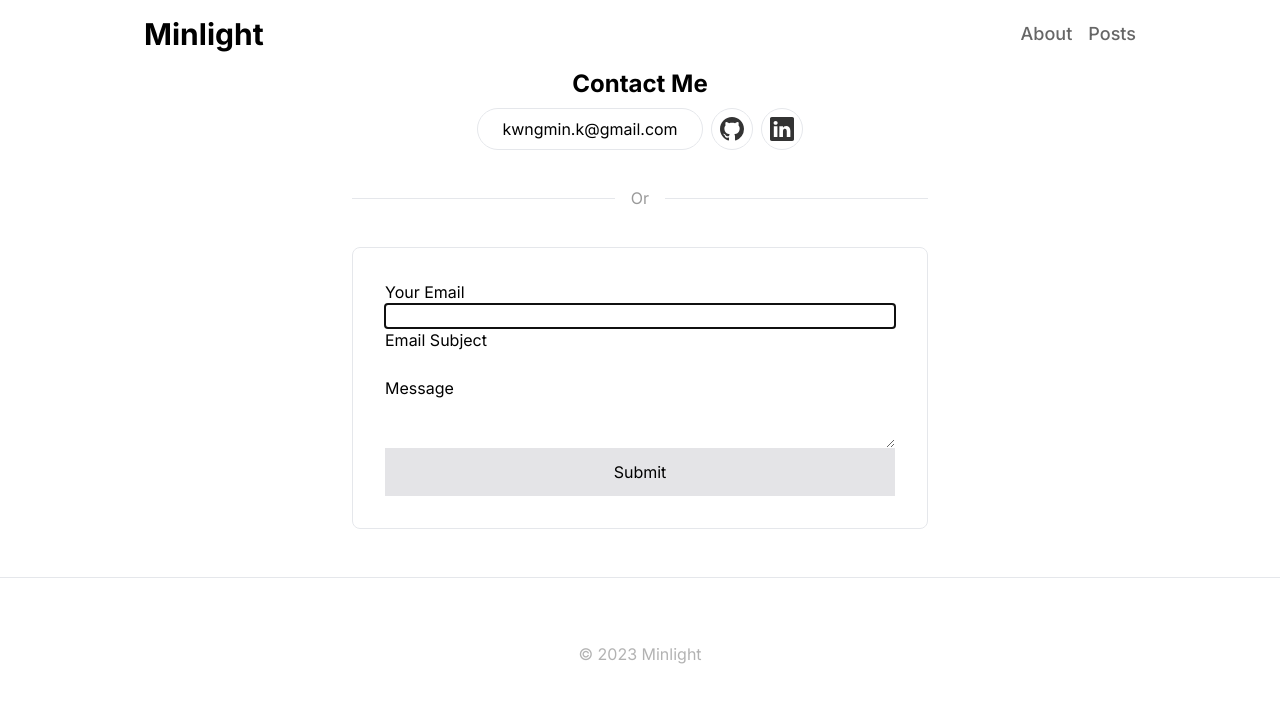
Repository: kwngmin/minlight-blog
Page: /contact
An editor plug-in stored every save of this project. The page is shown before and after the next save, followed by the edit.
The browser window is 1280 px wide. The pictures show the whole page.
The project was rebuilt for these pictures with package versions that can differ from the ones it lists, and the page was loaded fresh each time. The framework's server and built-in components were replaced by stand-ins that run in the browser. Also part of the build but not shown: next.config.js, src/components/banner.tsx.

Above is the page before, as saved 2023-04-03 17:06:25.

After the next save:
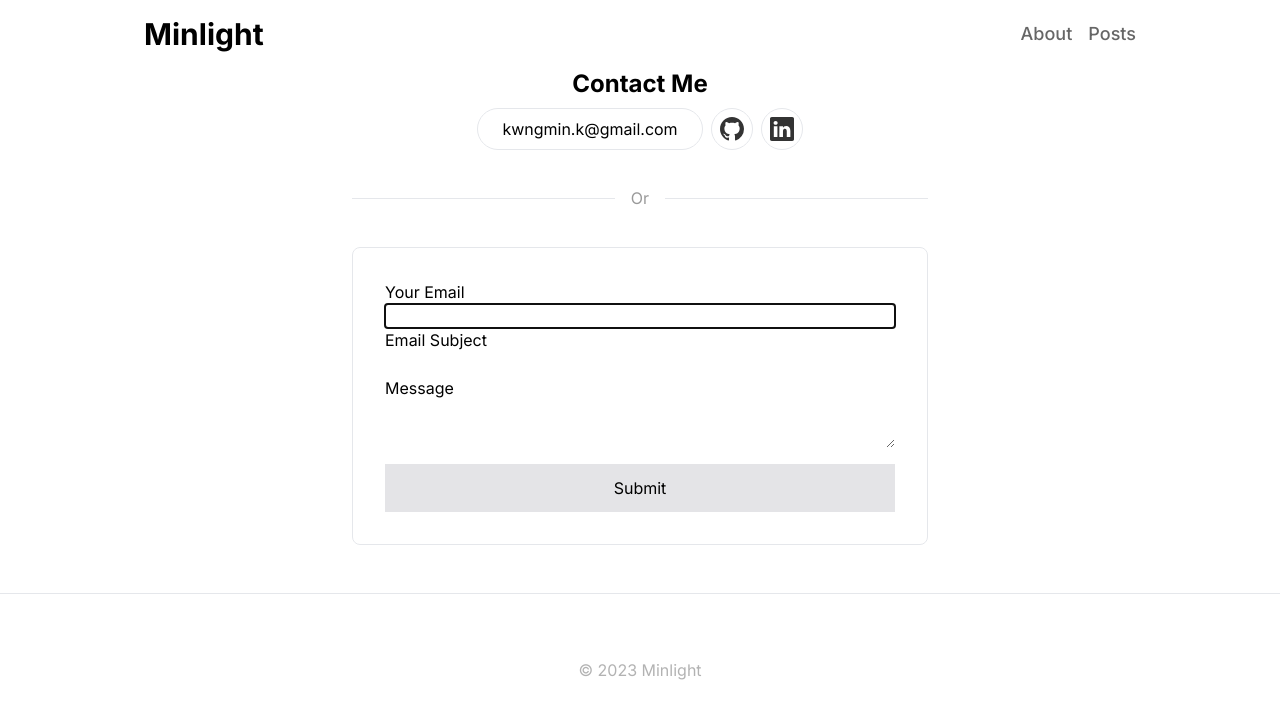
Saved 15 s later.
--- a/src/components/ContactForm.tsx
+++ b/src/components/ContactForm.tsx
@@ -65,6 +65,7 @@ export default function ContactForm() {
           name="message"
           value={form.message}
           onChange={onChange}
+          className="mb-4"
         />
         <button className="bg-zinc-200 hover:bg-zinc-300 h-12">Submit</button>
       </form>
